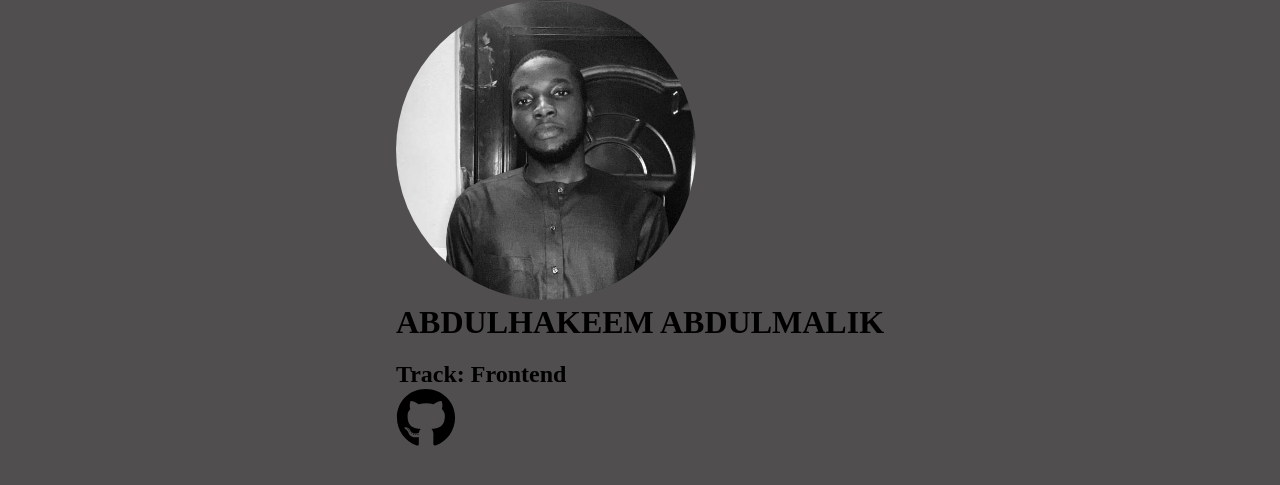
Repository: malikhakeem/HNG-TASK
Page: HNG-TASK1.html
These files come from the project's save history. The page is drawn as it stood at one moment and after the next save; the edit follows.
The browser window is 1280 px wide. The pictures show the whole page.

Above is the page before, as saved 2023-09-08 21:57:13.

### HNG-TASK1.html
<!DOCTYPE html>
<html lang="en">

<head>
    <meta charset="UTF-8">
    <meta name="viewport" content="width=device-width, initial-scale=1.0">

    <link rel="stylesheet" href="./HNG-TASK!.css">
    <title>HNG</title>
</head>

<body>
    <div class="body">
        <div class="nav">
            <div class="nav-left"><img data-testId="slackDisplayImage" class="profile-pic" src="./pic/kim.jpg"alt="Malik" /></div>
            <div class="nav-mid">
                <div class="slack-name">
                    <h1>ABDULHAKEEM ABDULMALIK</h1>
                </div>
                <div data-testId="myTrack"class="track">
                    <h2>Track: Frontend</h2>
                </div>
            </div>
            <div data-testId="slackUserName" class="nav-right">
                <a href="link address"><img src="./pic//github.svg" width="60" height="60"></a>
            </div>

        </div>
    </div>

</body>

</html>

### HNG-TASK!.css
*{
    padding:0px;
    margin:0px;

}

.profile-pic{
    width:300px;
    height:300px;
    border-radius: 50%;
}
.nav{
    /* display:flex;

    justify-content: space-between; */
    /* padding: 0px 100px 0px 100px; */
}

.track{
    padding-top: 20px;
}

body{
    display:flex;
 justify-content: center;
    align-items:center;
    background-color:rgb(80, 78, 78);
}

After the next save:
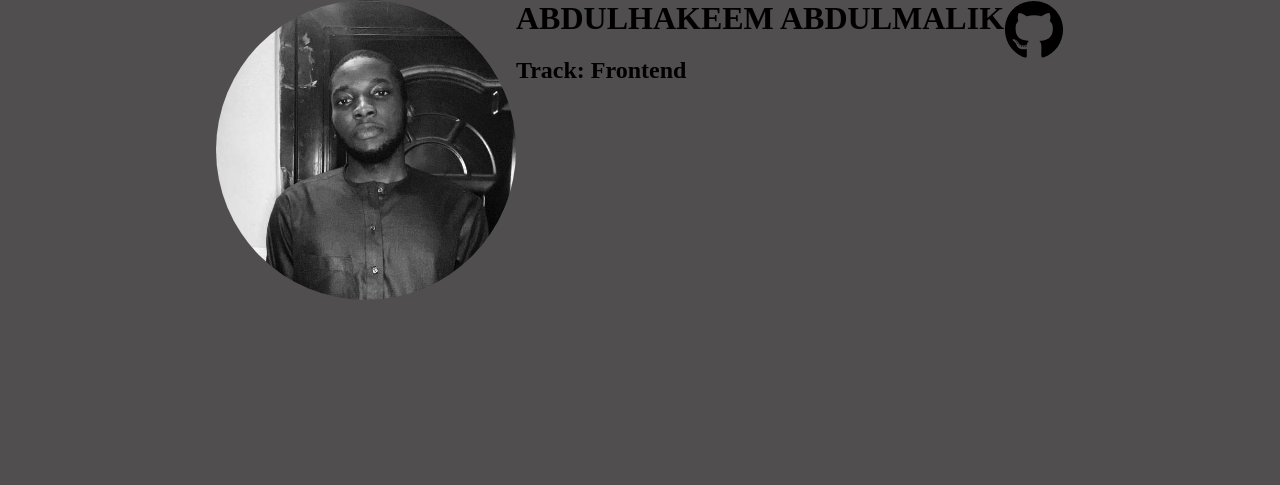
Saved 27 s later.
--- a/HNG-TASK!.css
+++ b/HNG-TASK!.css
@@ -10,9 +10,9 @@
     border-radius: 50%;
 }
 .nav{
-    /* display:flex;
+    display:flex;
 
-    justify-content: space-between; */
+    justify-content: space-between;
     /* padding: 0px 100px 0px 100px; */
 }
 
